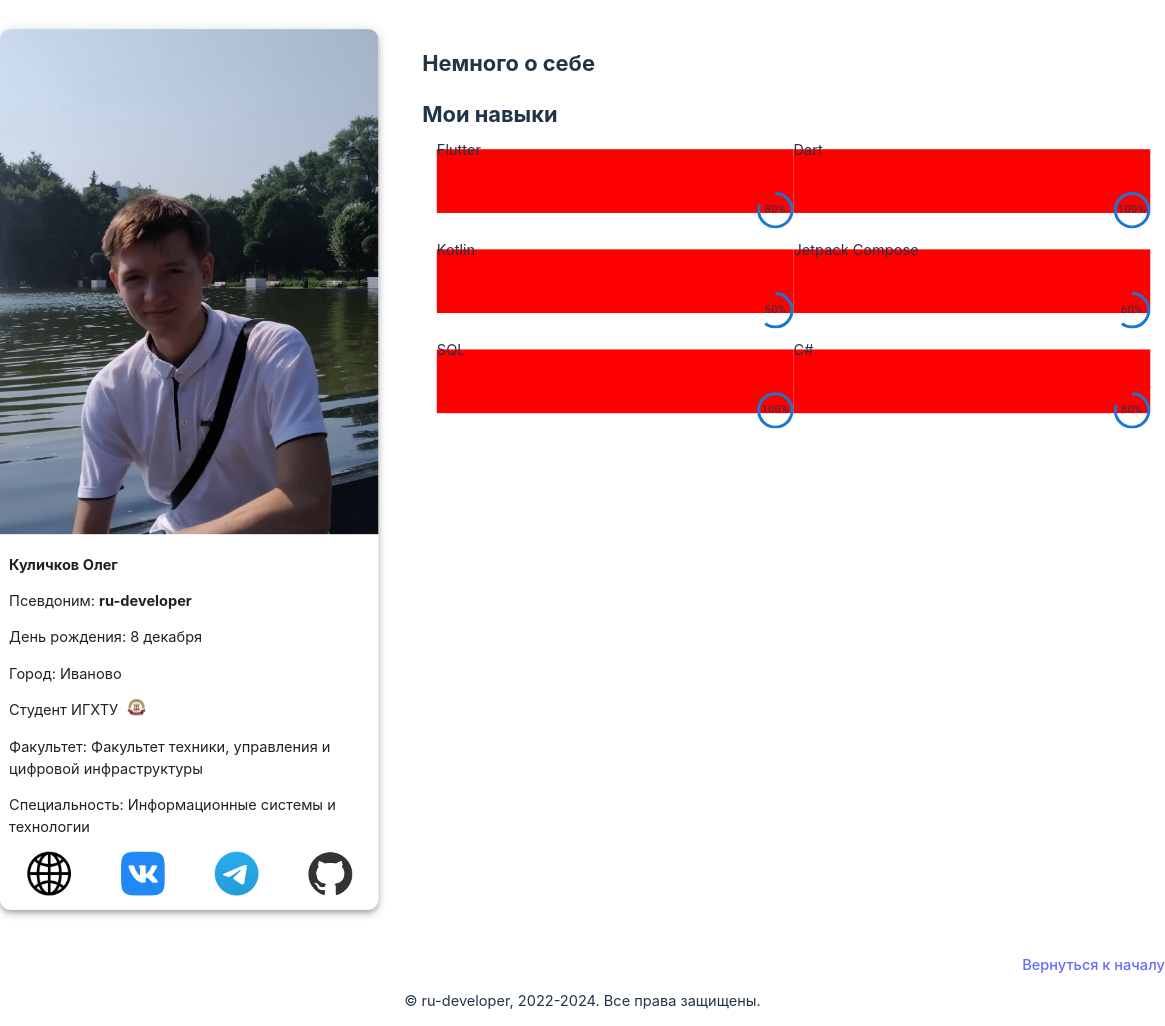
Repository: HubOl01/my_profile
Page: /
These files come from the project's save history. The page is drawn as it stood at one moment and after the next save; the edit follows.
The browser window is 1280 px wide. The pictures show the whole page, at 91% of full size.
The project was rebuilt for these pictures with package versions that can differ from the ones it lists, and the page was loaded fresh each time. Also part of the build but not shown: vite.config.ts, src/components/header/Header.module.scss, src/data/websites.ts.

Above is the page before, as saved 2024-03-09 11:01:29.

### src/App.tsx
import { Grid } from '@mui/material'
import './App.css'
import Common from './components/center/Common'
import Footer from './components/footer/Footer'
import Header from './components/header/Header'
import LeftBar from './components/left/LeftBar'
import style from './App.module.scss'

function App() {

  return (
    <>
      <Header />
      <Grid container spacing={2}>
        <Grid className={style.profile} item xs={4}>
          <LeftBar />
        </Grid>
        <Grid item xs>
          <Common />
        </Grid>
      </Grid>
      <Footer />
    </>
  )
}

export default App

### src/App.css
#root {
  max-width: 1280px;
  margin: 0 auto;
  /* padding: 2rem; */
  /* text-align: center; */
}
.logo:hover {
  filter: drop-shadow(0 0 2em #646cffaa);
}
.logo.react:hover {
  filter: drop-shadow(0 0 2em #61dafbaa);
}

@keyframes logo-spin {
  from {
    transform: rotate(0deg);
  }
  to {
    transform: rotate(360deg);
  }
}

@media (prefers-reduced-motion: no-preference) {
  a:nth-of-type(2) .logo {
    animation: logo-spin infinite 20s linear;
  }
}

/* .card {
  padding: 2em;
} */

.read-the-docs {
  color: #888;
}


/* .profile{
  min-width: 100%;
} */

### src/components/center/Common.tsx
import React from 'react'
import styles from './styles.module.scss'
import { Box, Grid } from '@mui/material'
import { CircularProgressWithLabel } from '../atoms/circularProgressWithLabel'
import { my_skills } from '../../data/my_skills'

export default function Common() {
  return (
    <div className={styles.center_common}>
      <h2>Немного о себе</h2>
      <p>

      </p>
      <h2>
        Мои навыки
      </h2>
      <Grid container margin={2} rowGap={5}>
        {
          my_skills.map((skill) =>
            <Grid xs={6}>
              <Box sx={{
                // width: "100%",
                "textAlign": "right",
                background: "red",
              }}
              ><div style={{
                // display: "inline-block",
                whiteSpace: "nowrap",
                "textAlign": "left",
                transform: "translateY(-50%)",
              }}>
                  {skill.name}

                </div>
                <div style={{
                  whiteSpace: "nowrap",
                  // display: "inline-block",
                  "textAlign": "right",
                  transform: "translateY(50%)",
                }}>
                  <CircularProgressWithLabel value={skill.progress * 100} />

                </div>


              </Box>
            </Grid>
          )
        }
        {/*
        <Grid xs={6} ><CircularProgressWithLabel value={my_skills[0].progress}/></Grid> */}
        {/* <Grid xs={6} ><CircularProgressWithLabel value={}/><</Grid>
        <Grid xs={6} ><CircularProgressWithLabel value={}/><</Grid>
        <Grid xs={6} ><CircularProgressWithLabel value={}/><</Grid>
        <Grid xs={6} ><CircularProgressWithLabel value={}/><</Grid>
        <Grid xs={6} ><CircularProgressWithLabel value={}/><</Grid> */}
      </Grid>
      {/* <h2>Хобби</h2>
      <p>
        Я люблю изучать что-то новое. Я программирую на языке программирования
        C# и продолжаю осваивать язык в некоторых направлениях. (Например:
        создание мобильных приложений Xamarin и создание игр Unity)
      </p>
      <h2>Спорт</h2>
      <p>
        Я более 10 лет занимаюсь конькобежным спортом. В 16 лет выполнил
        спортивный разряд кандидат в мастера спорта. Кроме этого, с начала 1
        курса я начал заниматься легкой атлетикой. Принимаю участие в
        соревнованиях в составе сборной ИГХТУ.
      </p> */}
    </div>
  )
}

### src/components/footer/Footer.tsx
import React from 'react'

export default function Footer() {
  return (
    // <footer className="text-muted" style={{
    //   "width":"100%"
    // }}>
      <div className="container">
        <p className="float-right" style={{
      "textAlign": "right"
    }}>
          <a href="#">Вернуться к началу</a>
        </p>
        <p className="footer-text"
        style={{
          "textAlign": "center"
        }}
        >© ru-developer, 2022-{(new Date()).getFullYear()}. Все права защищены.</p>
      </div>
    // </footer>
  )
}

### src/components/header/Header.tsx
import './Header.module.scss'

export default function Header() {
  return (
      <div>
        {/* <h1>About myself</h1> */}
      </div>
  )
}

### src/components/left/LeftBar.tsx
import { Card, Grid } from '@mui/material';
import about from '../../assets/images/About.jpg';
import isuct from '../../assets/images/isuct.png';
import { websites } from '../../data/websites';
import { nickname } from '../../data/my_projects';
import style from './style.module.scss';

const list_web = websites.map((web) =>
  <Grid item xs>
    <div className="web">
      <a
        href={web.href}
        title={web.title}
      >
        <img
          className={style.img_icon}
          alt={web.alt}
          src={web.src}
          width={40}
        />
      </a>
    </div>
  </Grid>
)


const LeftBar = () => {
  return (
    <>
      <Card elevation={5}
      className={style.leftCard}
        sx={{
          borderRadius: 3,
        }} >
        <a title="Куличков Олег" href="https://vk.com/oleg01f">
          <img
            alt="about"
            src={about}
            style={{
              // borderRadius: '15px',
              display: 'flex',
              width: "100%",
            }}
            data-holder-rendered="true"
          />
        </a>
        <div style={{ padding: "5px 10px 10px 10px" }}> {/* top, right, bottom, left */}
          <div>
            <p>
              <b>Куличков Олег</b>
            </p>
            <p>
              Псевдоним: <b>{nickname}</b>
            </p>
            <p>
              <span >День рождения:</span> 8 декабря
            </p>
            <p>
              <span className="text-format">Город:</span> Иваново
            </p>
            <p>
              Студент ИГХТУ
              <img
                className="isuct"
                alt="ISUCT"
                src={isuct}
                width={20}
                style={{ "marginLeft": "10px" }}
              // data-holder-rendered="true"
              />
            </p>
            <p>
              <span className="text-format">Факультет:</span> Факультет техники,
              управления и цифровой инфраструктуры
            </p>
            <p>
              <span className="text-format">Специальность:</span> Информационные
              системы и технологии
            </p>
            {/* <p style={{
              "textAlign": "center",
              "justifyContent": "center",
              display: 'flex',
              width: "100%",

          }}>
            <span className="text-format">Социальные сети</span>
          </p> */}

            <Grid container spacing={2}

              sx={{
                'textAlign': "center",
                // display: 'flex',
                // width: "100%",
              }
              }>
              {list_web}
            </Grid>

          </div>
        </div>


      </Card>
    </>
  )
}

export default LeftBar

### src/App.module.scss
@media (max-width: 425px) {
    .profile{
      min-width: 100%;
    }
  }
  @media screen and (min-width: 426px) {
    .profile{
      min-width: 300px;
    }
  }

### src/components/center/styles.module.scss
.center_common{
    padding: 2rem;
}

### src/components/atoms/circularProgressWithLabel.tsx
import * as React from 'react';
import CircularProgress, {
  CircularProgressProps,
} from '@mui/material/CircularProgress';
import Typography from '@mui/material/Typography';
import Box from '@mui/material/Box';

export function CircularProgressWithLabel(
  props: CircularProgressProps & { value: number },
) {
  return (
    <Box sx={{ position: 'relative', display: 'inline-flex' }}>
      <CircularProgress variant="determinate" {...props} />
      <Box
        sx={{
          top: 0,
          left: 0,
          bottom: 0,
          right: 0,
          position: 'absolute',
          display: 'flex',
          alignItems: 'center',
          justifyContent: 'center',
        }}
      >
        <Typography
          variant="caption"
          component="div"
          // color="text.secondary"
        >{`${Math.round(props.value)}%`}</Typography>
      </Box>
    </Box>
  );
}

// export default function CircularWithValueLabel() {
//   const [progress, setProgress] = React.useState(10);

//   React.useEffect(() => {
//     const timer = setInterval(() => {
//       setProgress((prevProgress) => (prevProgress >= 100 ? 0 : prevProgress + 10));
//     }, 800);
//     return () => {
//       clearInterval(timer);
//     };
//   }, []);

//   return <CircularProgressWithLabel value={progress} />;
// }

### src/data/my_skills.ts
import { FullStack } from "./my_projects";

interface ISkill{
    name: string;
    progress: number;
}

export const my_skills: ISkill[] = [
    {
        name: FullStack.Flutter,
        progress: .80
    },
    {
        name: FullStack.Dart,
        progress: 1
    },
    {
        name: FullStack.Kotlin,
        progress: .6
    },
    {
        name: FullStack.Jetpack_Compose,
        progress: .6
    },
    {
        name: FullStack.SQL,
        progress: 1
    },
    {
        name: FullStack.C_sharp,
        progress: .8
    }
]

### src/data/my_projects.ts
export interface IProjects {
  title: string;
  description: string[];
  url_icon: string;
  url_images: string[];
  url_stores: string[];
  url_sources: string[];
  creator: string;
  fullStack: string[];
  platforms: string[];
  color: string;
}
export const nickname = "ru-developer";
export enum Platforms {
  Android = "Android",
  IOS = "IOS",
  Windows = "Windows",
  Linux = "Linux",
  Web = "Web",
}
// enum Colors {
//   Red = "",
//   White = "",
//   Black = "",
//   Green = "",
// }
export enum FullStack {
  Flutter = "Flutter",
  Dart = "Dart",
  Kotlin = "Kotlin",
  Jetpack_Compose = "Jetpack Compose",
  Winforms = "Winforms",
  C_sharp = "C#",
  React = "React",
  Typescript = "Typescript",
  Retrofit = "Retrofit",
  PHP = "PHP",
  SQLite = "SQLite",
  SQL = "SQL",
  MySQL = "MySQL",
  PostgreSQL = "PostgreSQL",
  Git = "Git",
  HTML = "HTML",
  CSS = "CSS",
  SCSS = "SCSS",
  Vite = "Vite",
}

export const projects: IProjects[] = [
  {
    title: "My Songbook",
    description: [
      "My Songbook – это творческая мастерская в вашем кармане. Независимо от того, являетесь ли вы гитаристом, певцом, композитором или просто энтузиастом музыки, это приложение поможет вам воплотить ваши музыкальные идеи в жизнь.",
      "\n",
      "Основные возможности:",
      "\n",
      "- Записывайте и редактируйте песни: Создавайте музыку в любое время, в любом месте. Записывайте мелодии, добавляйте тексты и настраивайте аранжировки – все это в вашем распоряжении.",
      "- Справочник аккордов для гитары: Независимо от вашего уровня мастерства, наше приложение предлагает обширный справочник аккордов для гитары. Найдите нужный аккорд и создайте свой собственный уникальный звук.",
      "- Автоскролл и легкая навигация: Никогда больше не теряйтесь в тексте. Функция автоскролла позволяет вам сконцентрироваться на музыке, а не на прокрутке текста.",
      "- Делитесь своей музыкой: Поделитесь своими произведениями с миром через социальные сети непосредственно из приложения. Позвольте всем услышать вашу творческую энергию.",
      "- Аудиофайлы с песнями: Сохраняйте свои композиции в виде аудиофайлов. Прослушивайте их в любое время или отправляйте друзьям и коллегам.",
      "\n",
      "Почему выбрать My Songbook?",
      "\n",
      "- Простота и удобство: Даже если вы начинающий музыкант, вы сможете создавать профессиональные композиции с легкостью.",
      "- Безопасное хранение ваших произведений: Ваши записи остаются конфиденциальными. Спокойно работайте над своими идеями, зная, что они в безопасности.",
      "\n",
      "Неважно, вы начинающий музыкант или профессионал, My Songbook поможет вам создать и поделиться музыкой, которая касается сердец. Начните свое музыкальное путешествие сегодня!",
    ],
    url_icon: "",
    url_images: [],
    url_stores: [
      "https://apps.rustore.ru/app/ru.ru_developer.my_songbook",
      "https://appgallery.huawei.com/app/C109087129",
      "https://global.app.mi.com/details?lo=RU&la=en_US&id=ru.ru_developer.my_songbook.mi",
    ],
    url_sources: ["https://github.com/HubOl01/my_songbook"],
    creator: nickname,
    fullStack: [FullStack.Flutter, FullStack.Dart],
    platforms: [Platforms.Android],
    color: "",
  },
  {
    title: "Мой универ - ИГХТУ",
    description: [
      '"Мой универ - ИГХТУ" - это мобильное приложение, специально разработанное для студентов Ивановского государственного химико-технологического университета. Вы теперь сможете посмотреть расписание пар даже без интернета! Также можно получать уведомления об информации пар каждый день. В приложении также доступны заметки и вы можете записывать лекции, делать пометки, прикреплять ссылки и также делиться ими.',
      "\n",
      "Основные функции приложения:",
      "\n",
      "- Календарь с расписанием пар на текущий день",
      "- Расписание лекций, практик и семинаров",
      "- Новости ВУЗа",
      "- Вход в moodle ИГХТУ",
      "- Расписание преподавателей, сессий",
      "- Поисковик",
      "- Заметки, конспекты",
      "- Уведомления об информации пар на каждый день",
      "\n",
      "Также приложение адаптировано под планшеты      ",
    ],
    url_icon: "",
    url_images: [],
    url_stores: [
      "https://apps.rustore.ru/app/ru.ru_developer.my_university_isuct",
    ],
    url_sources: ["https://github.com/HubOl01/my_university_isuct"],
    creator: nickname,
    fullStack: [FullStack.Flutter, FullStack.Dart, FullStack.PHP],
    platforms: [Platforms.Android],
    color: "",
  },
  {
    title: "MyAppHome",
    description: ["Приложение для многоквартирных домов"],
    url_icon: "",
    url_images: [],
    url_stores: [],
    url_sources: [],
    creator: "Создано вместе с командой OVERLAGO",
    fullStack: [FullStack.Flutter, FullStack.Dart],
    platforms: [Platforms.Android],
    color: "",
  },
  {
    title: "City Adventures",
    description: [],
    url_icon: "",
    url_images: [],
    url_stores: [],
    url_sources: [],
    creator: "Создано с командой на хакатоне",
    fullStack: [FullStack.Flutter, FullStack.Dart],
    platforms: [Platforms.Android],
    color: "",
  },
  {
    title: "Bellisemo",
    description: ["Student project for study architectural technologies"],
    url_icon: "",
    url_images: [],
    url_stores: [],
    url_sources: [],
    creator: "Student project",
    fullStack: [FullStack.React, FullStack.Typescript],
    platforms: [Platforms.Web],
    color: "",
  },
  {
    title: "Weather",
    description: ["Student project for study kotlin jetpack compose"],
    url_icon: "",
    url_images: [],
    url_stores: [],
    url_sources: [],
    creator: nickname,
    fullStack: [
      FullStack.Jetpack_Compose,
      FullStack.Kotlin,
      FullStack.Retrofit,
    ],
    platforms: [Platforms.Android],
    color: "",
  },
  {
    title: "My portfolio",
    description: ["Вебсайт для показа своих проектов, которые мы видим здесь"],
    url_icon: "",
    url_images: [],
    url_stores: [],
    url_sources: [],
    creator: nickname,
    fullStack: [FullStack.React, FullStack.Typescript],
    platforms: [Platforms.Web],
    color: "",
  },
];

### src/components/left/style.module.scss
@media (max-width: 699px) {
    .img_icon {
        width: 2em;
        // height: 50%;
    }
}
@media screen and (min-width: 700px) {
    .img_icon {
        width: 3em;
        // height: 50%;
    }
}
// @media screen and (max-width: 768px) {
//     .img_icon {
//         width: 50px;
//         height: 50px;
//     }
// }
div {
    display: "flex";
}
.leftCard {
    margin: 2em 0;
}
/* // .custom-card{

// } */

Loaded but not shown: index.html (common file); src/main.tsx (common file); src/index.css (common file)

After the next save:
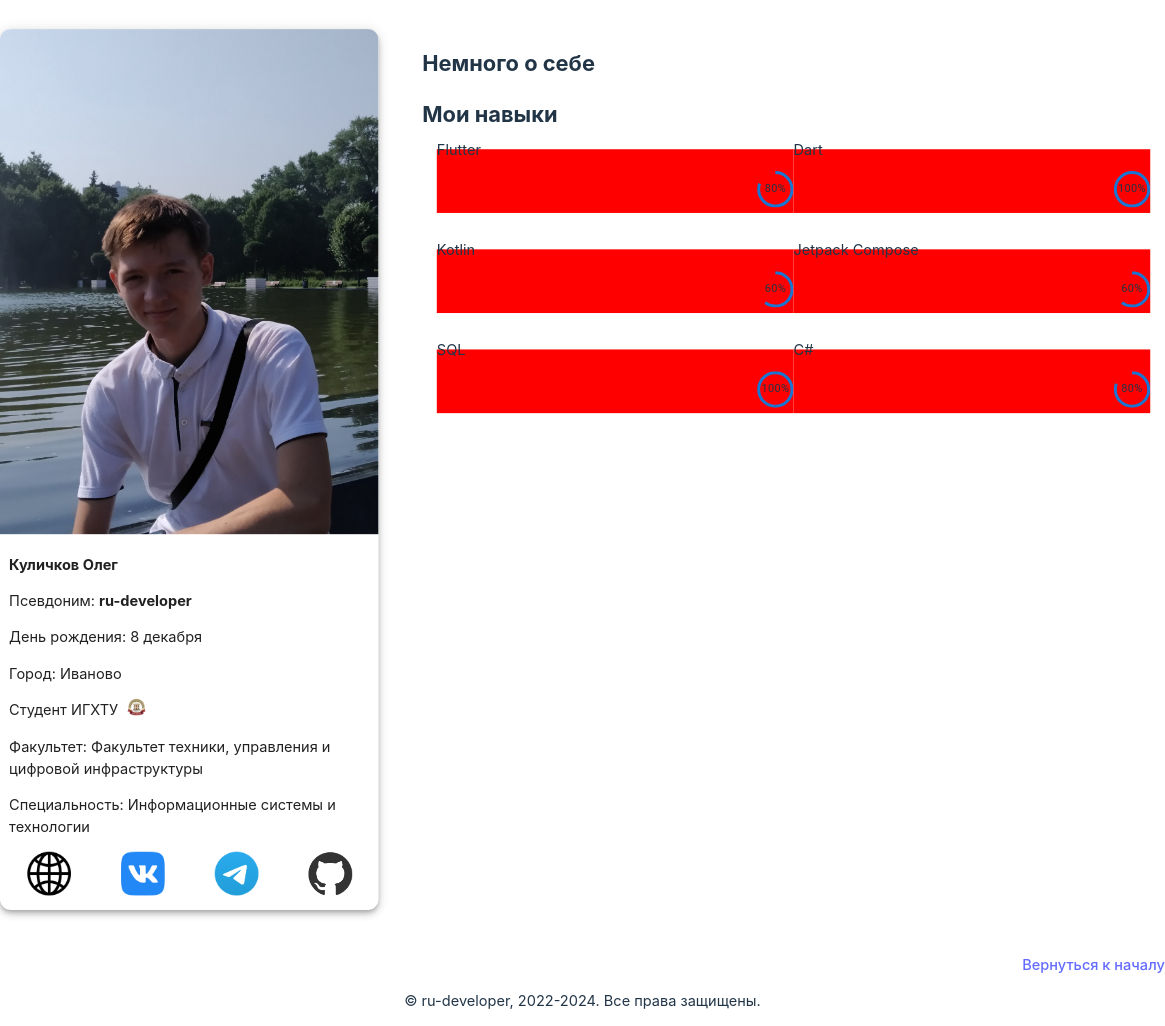
Saved 4 s later.
--- a/src/components/center/Common.tsx
+++ b/src/components/center/Common.tsx
@@ -36,7 +36,7 @@ export default function Common() {
                   whiteSpace: "nowrap",
                   // display: "inline-block",
                   "textAlign": "right",
-                  transform: "translateY(50%)",
+                  // transform: "translateY(50%)",
                 }}>
                   <CircularProgressWithLabel value={skill.progress * 100} />
 
